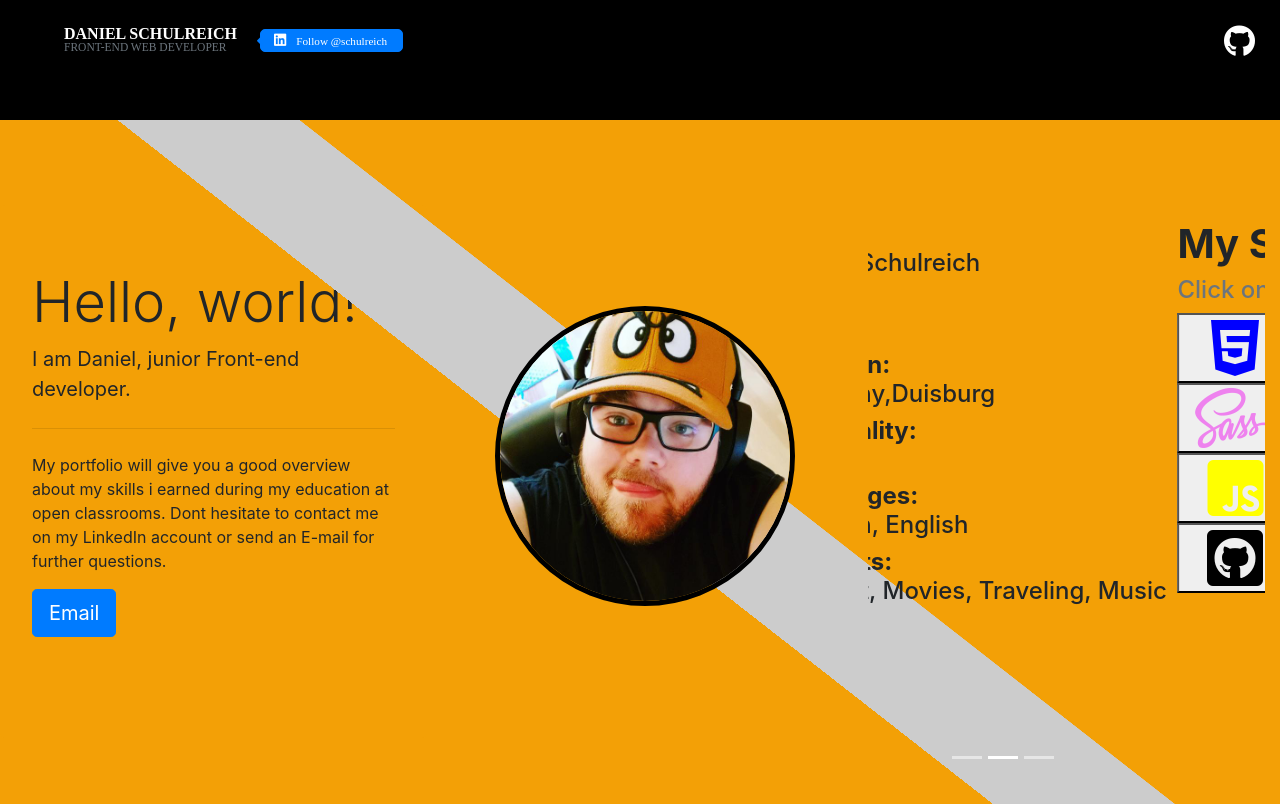
Repository: schulreich/my_portfolio
Page: index.html
The author's editor kept a copy of each file at every save. The page is drawn from the files as they stood at one save, then again after the next save.
The browser window is 1280 px wide. The pictures show the whole page.
Some web fonts or font styles are not loaded; a fallback is used. Some web libraries are served in a nearby version.

Above is the page before, as saved 2020-06-19 23:32:02.

After the next save:
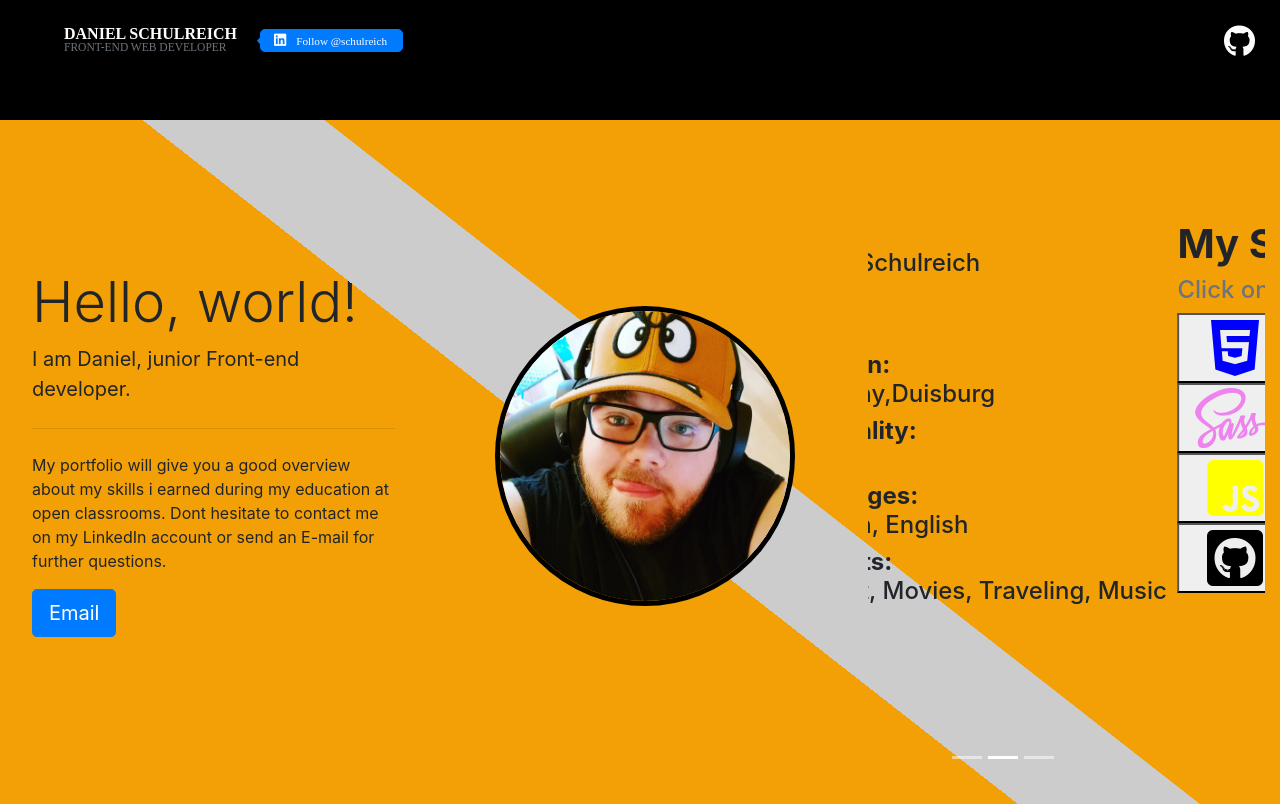
Saved 4 min 16 s later.
--- a/css/main.css
+++ b/css/main.css
@@ -150,7 +150,7 @@
   transform: skew(52deg);
   position: absolute;
   height: 121%;
-  left: 30%;
+  left: 36%;
   animation: myskew 2s 1 ease;
   animation-fill-mode: forwards;
 }
